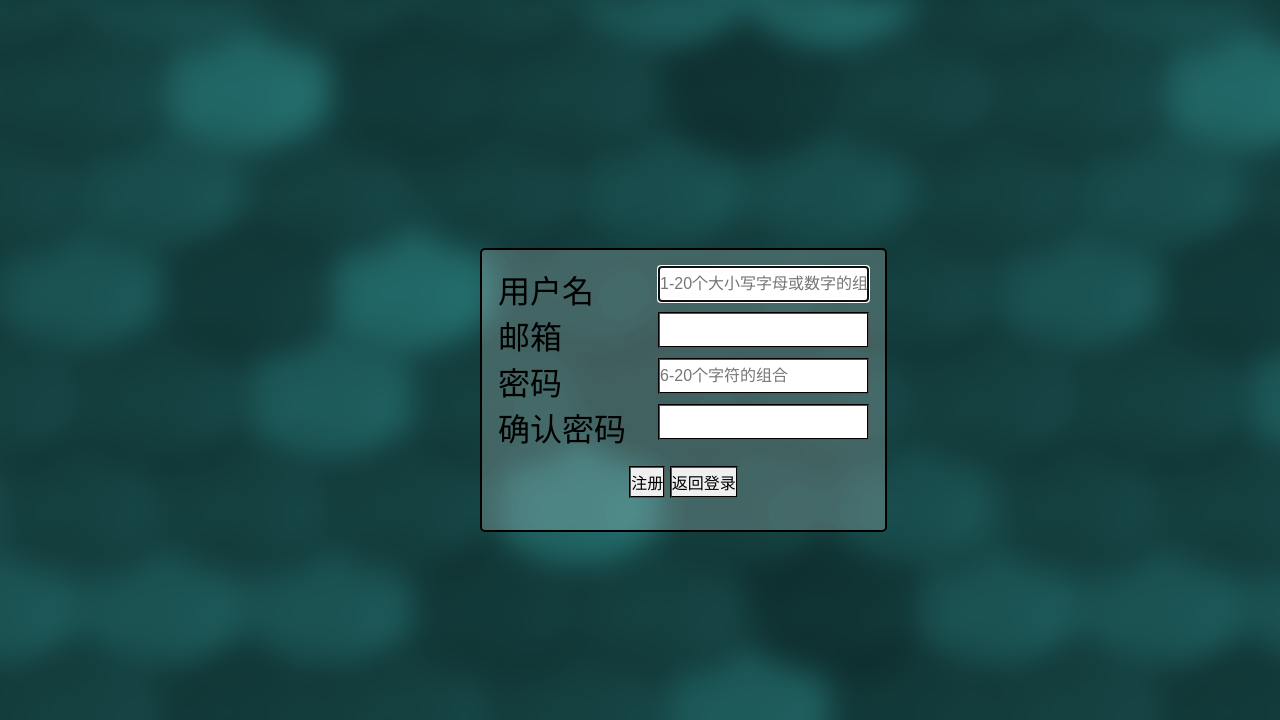
Repository: aoandxie/AoNews
Page: AoNews/WebContent/register.html
An editor plug-in stored every save of this project. The page is shown before and after the next save, followed by the edit.
The browser window is 1280 px wide. The pictures show the whole page.

Above is the page before, as saved 2017-03-06 09:36:57.

### AoNews/WebContent/register.html
<!DOCTYPE html>
<html>
<head>
<meta charset="UTF-8">
<title>Ao News 注册</title>
<link type="text/css" rel="stylesheet" href="common_style.css">
<script type="text/javascript">
	function infoVerify() {
		new_user = document.getElementById("Username");
		new_email = document.getElementById("Useremail");
		new_pswd = document.getElementById("pswd1");
		same_pswd = document.getElementById("pswd2");
		if (new_user.value.match("^([a-z]|[A-Z]|[0-9]){1,20}") != null) {
			if (new_email.value.match("^.+@.+") != null) {
				if (new_pswd.value.match("^.{6,20}") != null) {
					if (same_pswd.value == new_pswd) {
						return true;
					} else {
						new_pswd.value = same_pswd.value = "";
						return alertReturn(new_pswd, "两次密码输入不一致");
					}
				} else {
					return alertReturn(new_pswd, "密码应为6-20个字符的组合");
				}
			} else {
				return alertReturn(new_email, "邮箱格式不正确");
			}
		} else {
			return alertReturn(new_user, "用户名应为1-20个大小写字母或数字的组合");
		}
	}

	function alertReturn(field, text) {
		alert(text);
		field.focus();
		return false;
	}
</script>
</head>
<body>
	<div class="Canvas">
		<div class="Form">
			<form action="index.html" method="get">
				<label>用户名</label><input type="text" id="Username" name="new_user"
					autofocus="autofocus" placeholder="1-20个大小写字母或数字的组合"><br> <label>邮箱</label><input
					type="text" name="new_email" id="Useremail"><br> <label>密码</label><input
					type="password" name="new_pswd" id="pswd1" placeholder="6-20个字符的组合"><br> <label>确认密码</label><input
					type="password" name="same_pswd" id="pswd2"><br>
				<div class="Button">
					<input type="submit" value="注册"
						onclick="return infoVerify();"> <input
						type="submit" formaction="index.html" value="返回登录">
				</div>
			</form>
		</div>
	</div>
</body>
</html>

### AoNews/WebContent/common_style.css
@CHARSET "UTF-8";
/* common set */
* {
	margin: 0;
	border: 0;
	padding: 0;
	font-family: Arial, Helvetica, sans-serif;
}

a {
	text-decoration: none;
	color: #000;
}

/* Login & Register */
.Canvas {
	position: fixed;
	background-image: url("back.jpg");
	width: 100%;
	height: 100%;
}

.Form {
	position: fixed;
	background-color: rgba(255, 255, 255, .2);
	left: 35%;
	top: 30%;
	border-radius: 5px;
	border-width: 2px;
	border-color: #000000;
	border-style: solid;
	padding: 1em;
	margin: 2em;
	z-index: 255;
}

.Form label {
	font-size: 2em;
	margin-right: 1em;
	z-index: 255;
}

.Form input {
	float: right;
	height: 2em;
	font-size: 1em;
	border-style: groove;
	border-width: 2px;
	border-color: #000000;
}

.LineLabel {
	border-bottom-style: solid;
	border-bottom-width: 2px;
	border-bottom-color: #000000;
}

.Button {
	text-align: center;
	margin: 1em;
}

.Button input{
	float: none;
}

/* Faction & classify */
.Top {
	height: 100px;
	background-image: url("back.jpg");
	width: 100%;
	text-align: center;
}

.Top ul a {
	display: block;
	position: relative;
	float: left;
	width: 50%;
	height: 100px;
	font-size: 4em;
	border-top-left-radius: 5px;
	border-top-right-radius: 5px;
}

.Now a {
	background-color: rgba(255, 255, 255, .2);
}

/* Faction */
.News {
	text-align: left;
	display: block;
	color: #201f35;
	border-radius: 5px;
	border-width: 2px;
	border-color: #555753;
	border-style: solid;
	width: 250px;
	margin: 5px;
}

.News:HOVER {
	background-color: #888a85;
}

.News a {
	font-size: 2em;
	margin: 5px;
}

.News a:CHECKED {
	color: #201f35;
}

/* Classify */
.ClassBoxContainer {
	position: relative;
	top: 20px;
	width: 100%;
	text-align: center;
}

.ClassBox {
	display: block;
	float: left;
	width: 20%;
	margin: 20px 0;
}

.ClassBox a {
	font-size: 2em;
	padding: 10px;
	border-radius: 10px;
	background-color: silver;
}

After the next save:
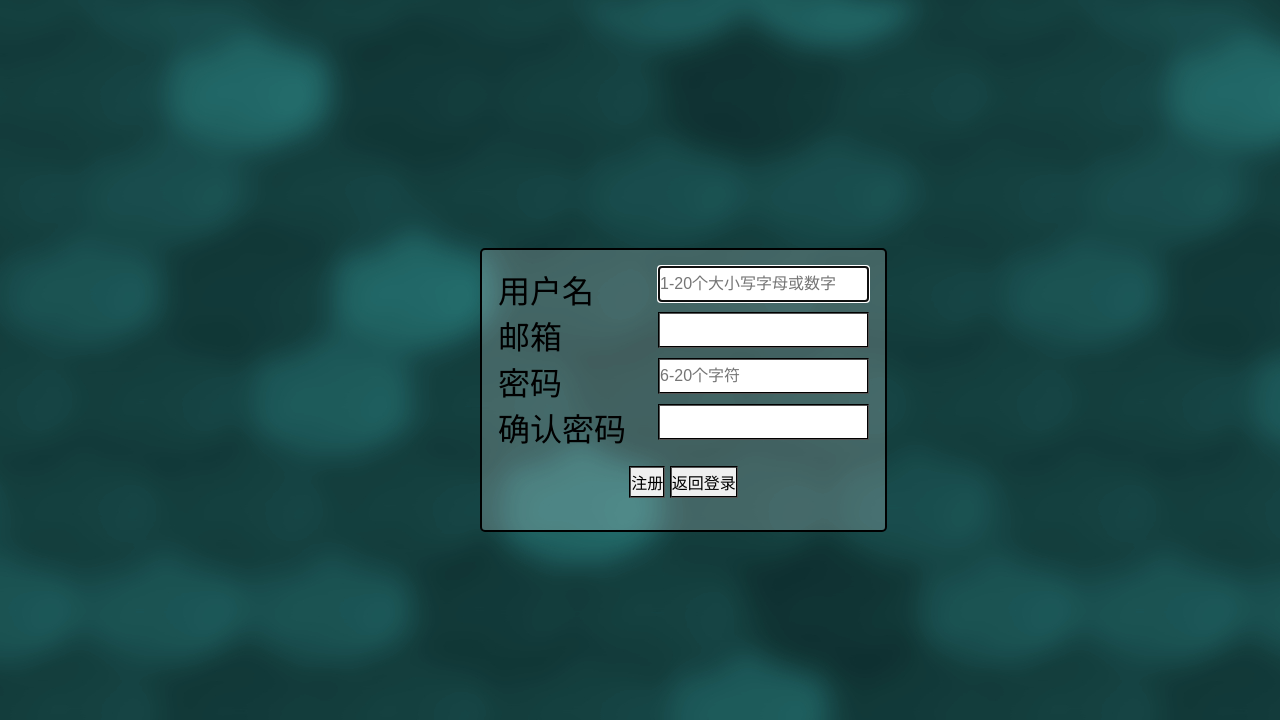
Saved 15 s later.
--- a/AoNews/WebContent/register.html
+++ b/AoNews/WebContent/register.html
@@ -42,9 +42,9 @@
 		<div class="Form">
 			<form action="index.html" method="get">
 				<label>用户名</label><input type="text" id="Username" name="new_user"
-					autofocus="autofocus" placeholder="1-20个大小写字母或数字的组合"><br> <label>邮箱</label><input
+					autofocus="autofocus" placeholder="1-20个大小写字母或数字"><br> <label>邮箱</label><input
 					type="text" name="new_email" id="Useremail"><br> <label>密码</label><input
-					type="password" name="new_pswd" id="pswd1" placeholder="6-20个字符的组合"><br> <label>确认密码</label><input
+					type="password" name="new_pswd" id="pswd1" placeholder="6-20个字符"><br> <label>确认密码</label><input
 					type="password" name="same_pswd" id="pswd2"><br>
 				<div class="Button">
 					<input type="submit" value="注册"
